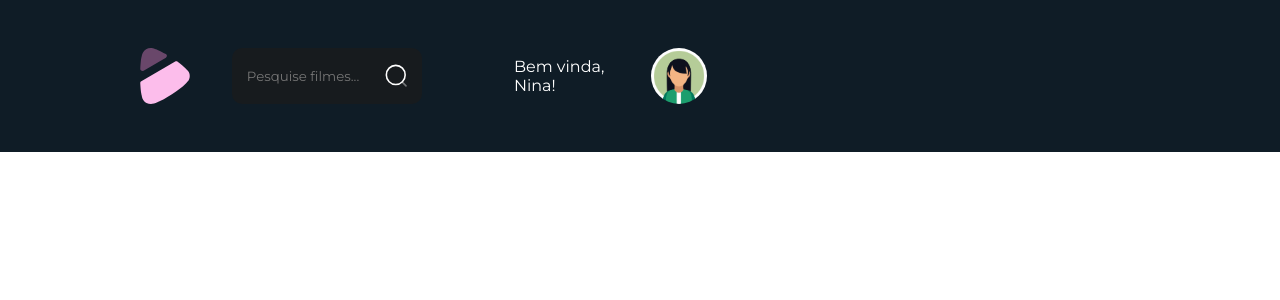
Repository: MilenaMelo/Cubos-Flix
Page: / (app in cubos-flix/)
An editor plug-in stored every save of this project. The page is shown before and after the next save, followed by the edit.
The browser window is 1280 px wide. The pictures show the whole page.
The project was rebuilt for these pictures with package versions that can differ from the ones it lists, and the page was loaded fresh each time.

Above is the page before, as saved 2021-06-19 14:31:42.

After the next save:
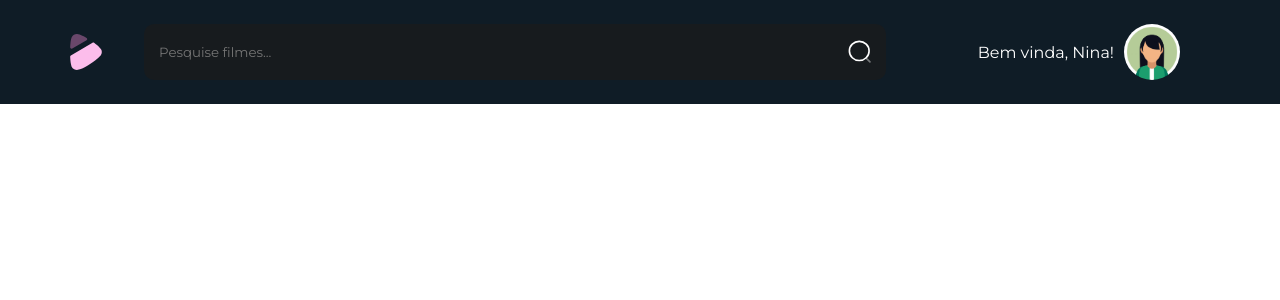
Saved 21 s later.
--- a/cubos-flix/src/App.js
+++ b/cubos-flix/src/App.js
@@ -4,7 +4,7 @@ import Navbar from './components/Navbar';
 function App() {
   return (
     <div className="app">
-      <header className="navbar">
+      <header>
         <Navbar/>
       </header>
       <section className="content">
